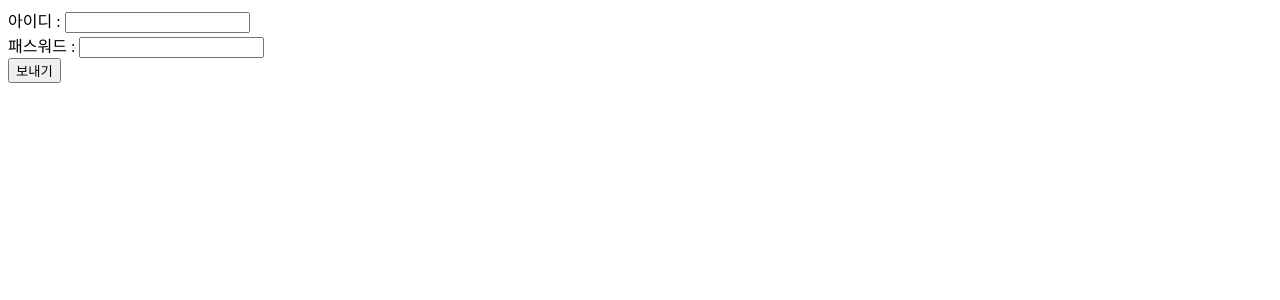
Repository: wooyeonhui/SmartContents
Page: http://localhost/MyHome3/sendTest/send.jsp
An editor plug-in stored every save of this project. The page is shown before and after the next save, followed by the edit.
The browser window is 1280 px wide. The pictures show the whole page.
The page is served by Tomcat 9.

Above is the page before, as saved 2017-01-12 01:42:50.

### Java/workspace_20170111/MyHome3/sendTest/send.jsp
<%@ page language="java" contentType="text/html; charset=EUC-KR"
    pageEncoding="utf-8"%>
<!DOCTYPE html>
<html>
<head>
<meta charset="UTF-8">
<title>Insert title here</title>
</head>
<body>
  <form name="form">
     아이디 : <input type= "text" name="userid">
     <br/>
     패스워드 : <input type= "password" name="password">
     <br/>
     <input type= "submit" value="보내기">

  </form>
</body>
</html>

After the next save:
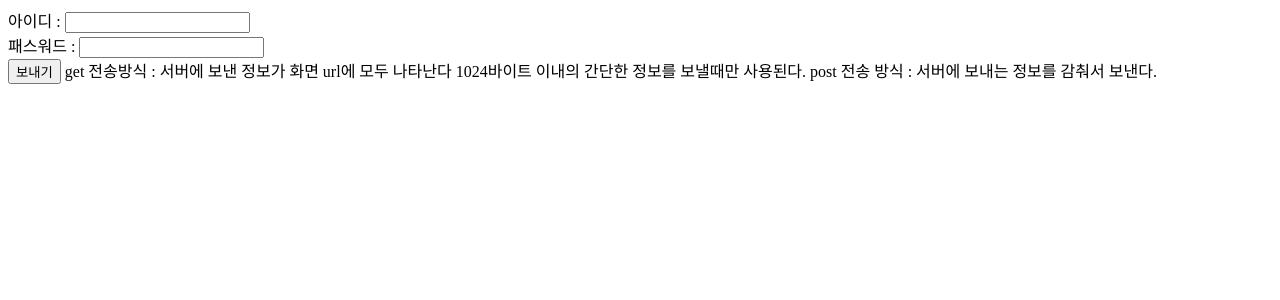
Saved 52 min 35 s later.
--- a/Java/workspace_20170111/MyHome3/sendTest/send.jsp
+++ b/Java/workspace_20170111/MyHome3/sendTest/send.jsp
@@ -7,13 +7,19 @@
 <title>Insert title here</title>
 </head>
 <body>
-  <form name="form">
+  <form name="form" method="post">
      아이디 : <input type= "text" name="userid">
      <br/>
      패스워드 : <input type= "password" name="password">
      <br/>
      <input type= "submit" value="보내기">
 
+     get 전송방식 : 서버에 보낸 정보가 화면 url에 모두 나타난다
+                  1024바이트 이내의 간단한 정보를 보낼때만 사용된다.
+
+
+     post 전송 방식 : 서버에 보내는 정보를 감춰서 보낸다.
+
   </form>
 </body>
 </html>
